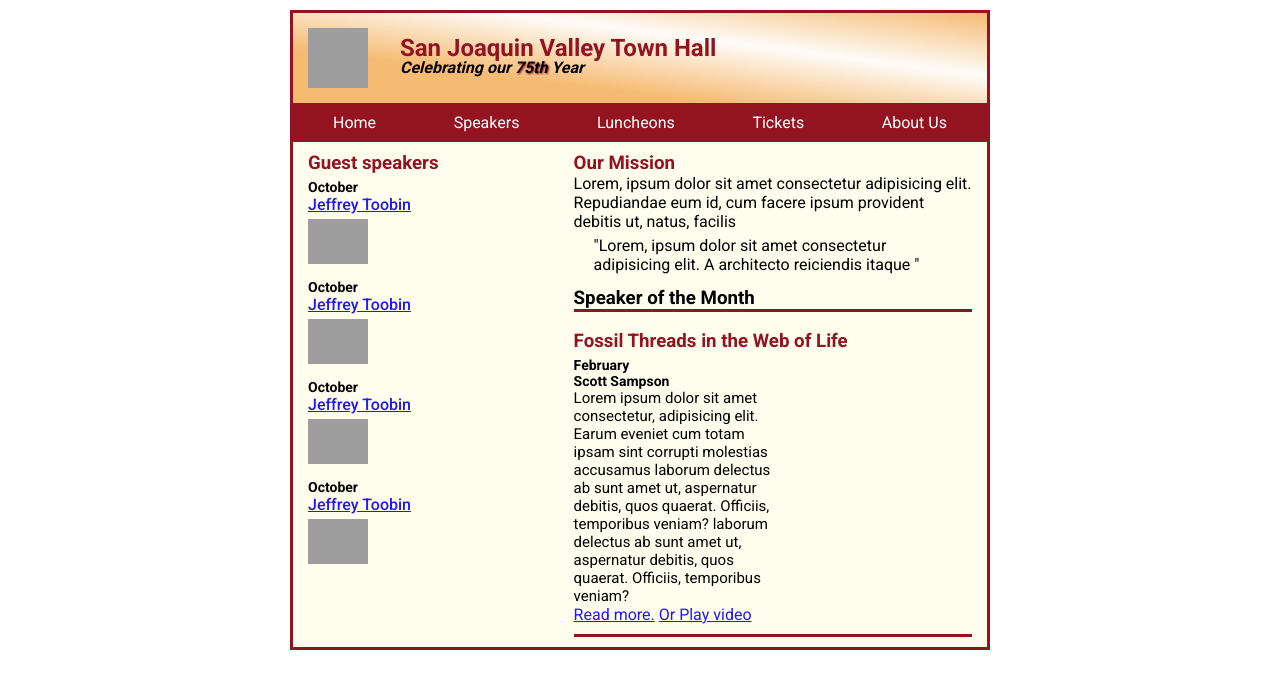
Repository: Mannj-nef/ex-5-6-7-8_IvVettech
Page: index.html
The author's editor kept a copy of each file at every save. The page is drawn from the files as they stood at one save, then again after the next save.
The browser window is 1280 px wide. The pictures show the whole page.
Pictures or frames that could not be fetched are drawn as grey boxes.

Above is the page before, as saved 2022-03-24 22:42:58.

### index.html
<!DOCTYPE html>
<html lang="en">
  <head>
    <meta charset="UTF-8" />
    <meta http-equiv="X-UA-Compatible" content="IE=edge" />
    <meta name="viewport" content="width=device-width, initial-scale=1.0" />
    <link rel="stylesheet" href="./Asset/style.css" />
    <link rel="preconnect" href="https://fonts.googleapis.com" />
    <link rel="preconnect" href="https://fonts.gstatic.com" crossorigin />
    <link
      href="https://fonts.googleapis.com/css2?family=Roboto:wght@300;400;500;700&display=swap"
      rel="stylesheet"
    />
    <title>Exercise5-6</title>
    <link
      rel="shortcut icon"
      href="https://iviettech.vn/wp-content/themes/viettech/img/front/favicon.ico"
      type="image/x-icon"
    />
  </head>
  <body>
    <div id="app">
      <header id="header">
        <div class="header-top">
          <div class="header-image__wrapper">
            <img
              src="https://source.unsplash.com/random"
              alt=""
              class="header-image"
            />
          </div>
          <div class="header-main">
            <h2 class="header-main__title">San Joaquin Valley Town Hall</h2>
            <p class="header-main__decs">
              Celebrating our
              <span class="header-main__decs-b"
                >75 <span class="header-main__decs-c">th</span>
              </span>
              Year
            </p>
          </div>
        </div>
        <div class="header-nav">
          <ul class="header-nav__list">
            <li class="header-nav__item">
              <a href="" class="header-nav__link">Home</a>
            </li>
            <li class="header-nav__item">
              <a href="" class="header-nav__link">Speakers</a>
            </li>
            <li class="header-nav__item">
              <a href="" class="header-nav__link">Luncheons</a>
            </li>
            <li class="header-nav__item">
              <a href="" class="header-nav__link">Tickets</a>
            </li>
            <li class="header-nav__item">
              <a href="" class="header-nav__link">About Us</a>
            </li>
          </ul>
        </div>
      </header>
      <section id="content">
        <div class="content-left">
          <h3 class="content-title">Guest speakers</h3>

          <div class="content-left__member">
            <p class="content__member-month">October</p>
            <a href="" class="content-left__member-link">Jeffrey Toobin</a>
            <div class="content-left__member-avata-wrapper">
              <img
                src="https://source.unsplash.com/random"
                alt=""
                class="content-left__member-avata"
              />
            </div>
          </div>
          <div class="content-left__member">
            <p class="content__member-month">October</p>
            <a href="" class="content-left__member-link">Jeffrey Toobin</a>
            <div class="content-left__member-avata-wrapper">
              <img
                src="https://source.unsplash.com/random"
                alt=""
                class="content-left__member-avata"
              />
            </div>
          </div>
          <div class="content-left__member">
            <p class="content__member-month">October</p>
            <a href="" class="content-left__member-link">Jeffrey Toobin</a>
            <div class="content-left__member-avata-wrapper">
              <img
                src="https://source.unsplash.com/random"
                alt=""
                class="content-left__member-avata"
              />
            </div>
          </div>
          <div class="content-left__member">
            <p class="content__member-month">October</p>
            <a href="" class="content-left__member-link">Jeffrey Toobin</a>
            <div class="content-left__member-avata-wrapper">
              <img
                src="https://source.unsplash.com/random"
                alt=""
                class="content-left__member-avata"
              />
            </div>
          </div>
        </div>
        <div class="constent-right">
          <div class="constent-right__top">
            <h3 class="content-title">Our Mission</h3>
            <p class="constent-right__desc">
              Lorem, ipsum dolor sit amet consectetur adipisicing elit.
              Repudiandae eum id, cum facere ipsum provident debitis ut, natus,
              facilis
            </p>
            <p class="constent-right__desc-sub">
              "Lorem, ipsum dolor sit amet consectetur adipisicing elit. A
              architecto reiciendis itaque "
            </p>
            <h3 class="constent-right-title">Speaker of the Month</h3>
          </div>
          <div class="constent-right__center">
            <h3 class="content-title">Fossil Threads in the Web of Life</h3>
            <div class="constent-right__center-right">
              <h3 class="content__member-month center-right_title">
                <p>February</p>
                Scott Sampson
              </h3>
              <p class="constent-right__center-desc">
                Lorem ipsum dolor sit amet consectetur, adipisicing elit. Earum
                eveniet cum totam ipsam sint corrupti molestias accusamus
                laborum delectus ab sunt amet ut, aspernatur debitis, quos
                quaerat. Officiis, temporibus veniam? laborum delectus ab sunt
                amet ut, aspernatur debitis, quos quaerat. Officiis, temporibus
                veniam?
              </p>
              <a href="" class="constent-right__center-link">Read more.</a>
              <a href="" class="constent-right__center-link">Or Play video</a>
            </div>
          </div>
        </div>
      </section>
    </div>
  </body>
</html>

### Asset/style.css
* {
  margin: 0;
  padding: 0;
  box-sizing: border-box;
}
html {
  font-family: "Roboto", sans-serif;
}
:root {
  --prymary-color: #931420;
  --white-color: #fff;
  --yellow-color: #ebc700;
  --blue-color: #2119ee;
  --size: 60px;
}

#app {
  margin: 10px auto;
  width: 700px;
  border: 3px solid var(--prymary-color);
}

#header {
}
.header-top {
  padding: 15px;
  display: flex;
  align-items: center;
  background-image: linear-gradient(
    to right top,
    #f6bb73 30%,
    #fefcf8,
    #f6bb73
  );
}
.header-image__wrapper {
  width: var(--size);
  height: var(--size);
  margin-right: 2em;
}
.header-image {
  width: 100%;
  height: 100%;
  object-fit: cover;
}
.header-main {
  line-height: 20px;
}
.header-main__title {
  color: var(--prymary-color);
}
.header-main__decs {
  color: #000;
  font-weight: 600;
  font-style: italic;
}
.header-main__decs-b {
  display: inline-flex;
  text-shadow: 1px 1px 2px var(--prymary-color);
}
.header-nav {
  background-color: var(--prymary-color);
}
.header-nav__list {
  list-style: none;
  display: flex;
  justify-content: space-between;
  padding: 0 20px;
}
.header-nav__item {
  padding: 10px 20px;
}
.header-nav__link {
  font-weight: 400;
  text-decoration: none;
  color: var(--white-color);
}
.header-nav__item:hover .header-nav__link {
  color: var(--yellow-color);
}

#content {
  background-color: #fffded;
  padding: 10px 15px;
  display: flex;
}

.content-left {
  width: 40%;
}
.content-title {
  color: var(--prymary-color);
}
.content-left__member {
}
.content__member-month {
  margin-top: 5px;
  font-size: 14px;
  font-weight: 600;
}
.content-left__member-link {
  font-weight: 500;
  color: var(--blue-color);
}
.content-left__member-avata-wrapper {
  width: var(--size);
  height: var(--size);
  display: flex;
  padding-top: 5px;
  padding-bottom: 10px;
}
.content-left__member-avata {
  width: 100%;
  height: 100%;
}
.constent-right {
  width: 60%;
}
.constent-right__desc-sub {
  padding: 5px 20px;
}
.constent-right-title {
  margin: 8px 0;
  font-weight: 600;
  color: #000;
  border-bottom: 3px solid var(--prymary-color);
}

.constent-right__center {
  padding: 10px 0;
  border-bottom: 3px solid var(--prymary-color);
}

.constent-right__center-right {
  width: 50%;
}
.center-right_title {
  margin-right: 10px;
}
.constent-right__center-desc {
  font-size: 15px;
  line-height: 1.2;
}
.constent-right__center-link {
  color: var(--blue-color);
}

After the next save:
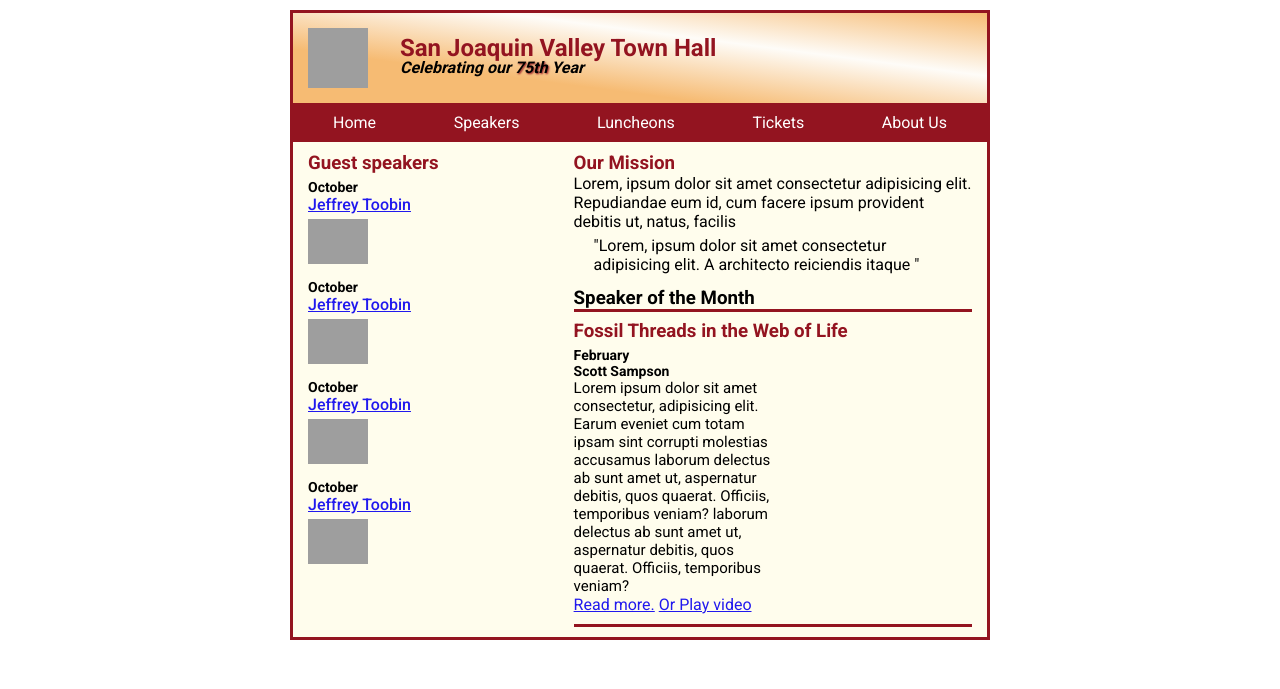
Saved 71 s later.
--- a/Asset/style.css
+++ b/Asset/style.css
@@ -127,7 +127,7 @@ html {
 }
 
 .constent-right__center {
-  padding: 10px 0;
+  padding: 0 0 10px;
   border-bottom: 3px solid var(--prymary-color);
 }
 
